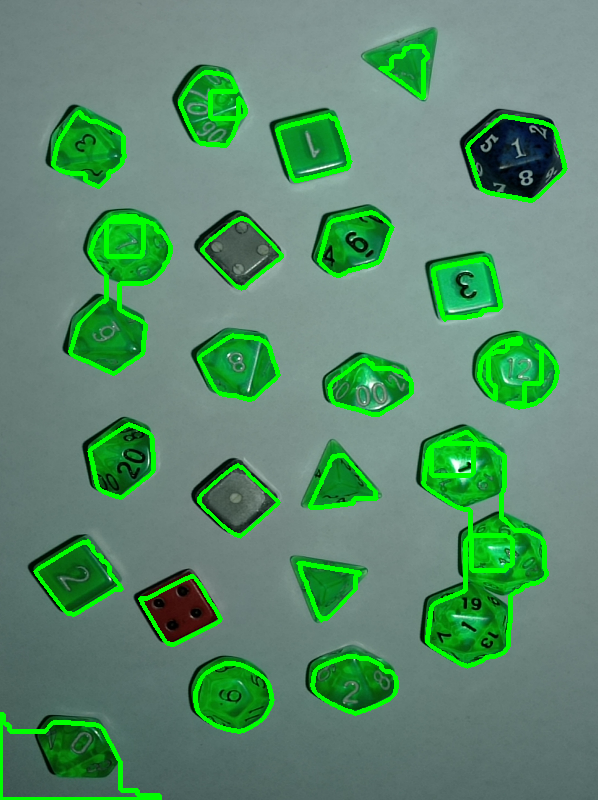
Repository: kaiofbgarcia/OpenCV
Script's output: python dados.py
These files come from the project's save history. The script's output is drawn as it stood at one moment and after the next save; the edit follows.
Random numbers start from a fixed seed. It also reads Dados/imgDados/dados4.jpg.

Above is the script's output before, as saved 2022-06-28 20:22:18.

### dados.py
import cv2
from cv2 import THRESH_BINARY
from cv2 import erode
import numpy as np
from numpy import binary_repr

imagem = cv2.imread("img/dados4.jpg")          # Carregar a imagem
res = cv2.resize(imagem, dsize=( 598, 800), interpolation=cv2.INTER_CUBIC) # Redimensionar Img ################
gray = cv2.cvtColor(res, cv2.COLOR_BGR2GRAY)     # GrayScale
blur = cv2.blur(gray,(1,1))                       # Blur ###############

ret,binary = cv2.threshold(gray , 85 ,255, cv2.THRESH_BINARY)         # Binarização ################
ret1,binary1 = cv2.threshold(binary,127,255,cv2.THRESH_BINARY_INV)   # Inverter a Binarização

kernel = np.ones((6,6), np.uint8)
dilation = cv2.dilate(binary1, kernel, iterations=4)   # Dilatar ####################
erodion = cv2.erode(dilation, kernel, iterations=5)

contours, hierarchy = cv2.findContours(erodion, cv2.RETR_TREE, cv2.CHAIN_APPROX_SIMPLE) # Procura os Objetos
cont = len(contours)                                                                     # Conta os Objetos

cv2.drawContours(res, contours, -1, (0,255,0), 3)

print("Numero de Objetos Encontrados: ",cont)

cv2.imshow("Dilatation", res)


cv2.waitKey(0)

After the next save:
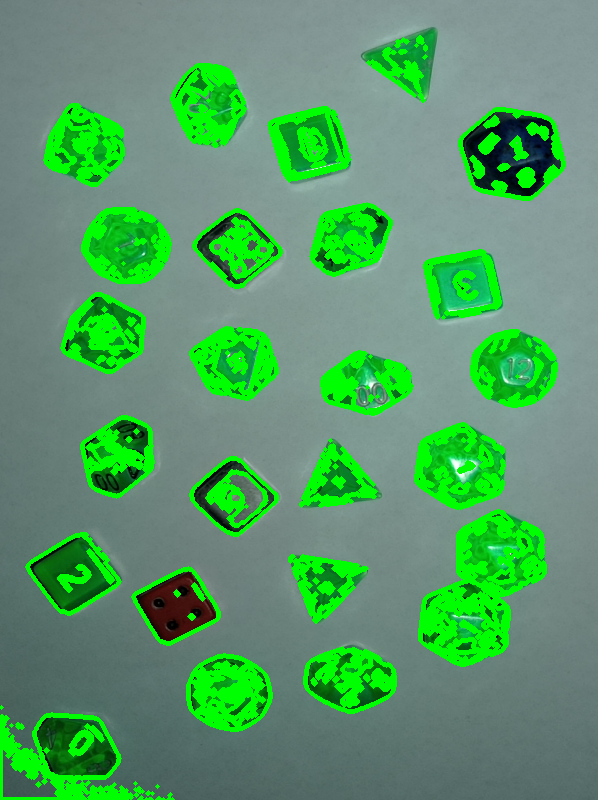
Saved 21 s later.
--- a/dados.py
+++ b/dados.py
@@ -13,10 +13,10 @@ ret,binary = cv2.threshold(gray , 85 ,255, cv2.THRESH_BINARY)         # Binariza
 ret1,binary1 = cv2.threshold(binary,127,255,cv2.THRESH_BINARY_INV)   # Inverter a Binarização
 
 kernel = np.ones((6,6), np.uint8)
-dilation = cv2.dilate(binary1, kernel, iterations=4)   # Dilatar ####################
-erodion = cv2.erode(dilation, kernel, iterations=5)
+#dilation = cv2.dilate(binary1, kernel, iterations=4)   # Dilatar ####################
+#erodion = cv2.erode(dilation, kernel, iterations=5)
 
-contours, hierarchy = cv2.findContours(erodion, cv2.RETR_TREE, cv2.CHAIN_APPROX_SIMPLE) # Procura os Objetos
+contours, hierarchy = cv2.findContours(binary1, cv2.RETR_TREE, cv2.CHAIN_APPROX_SIMPLE) # Procura os Objetos
 cont = len(contours)                                                                     # Conta os Objetos
 
 cv2.drawContours(res, contours, -1, (0,255,0), 3)
